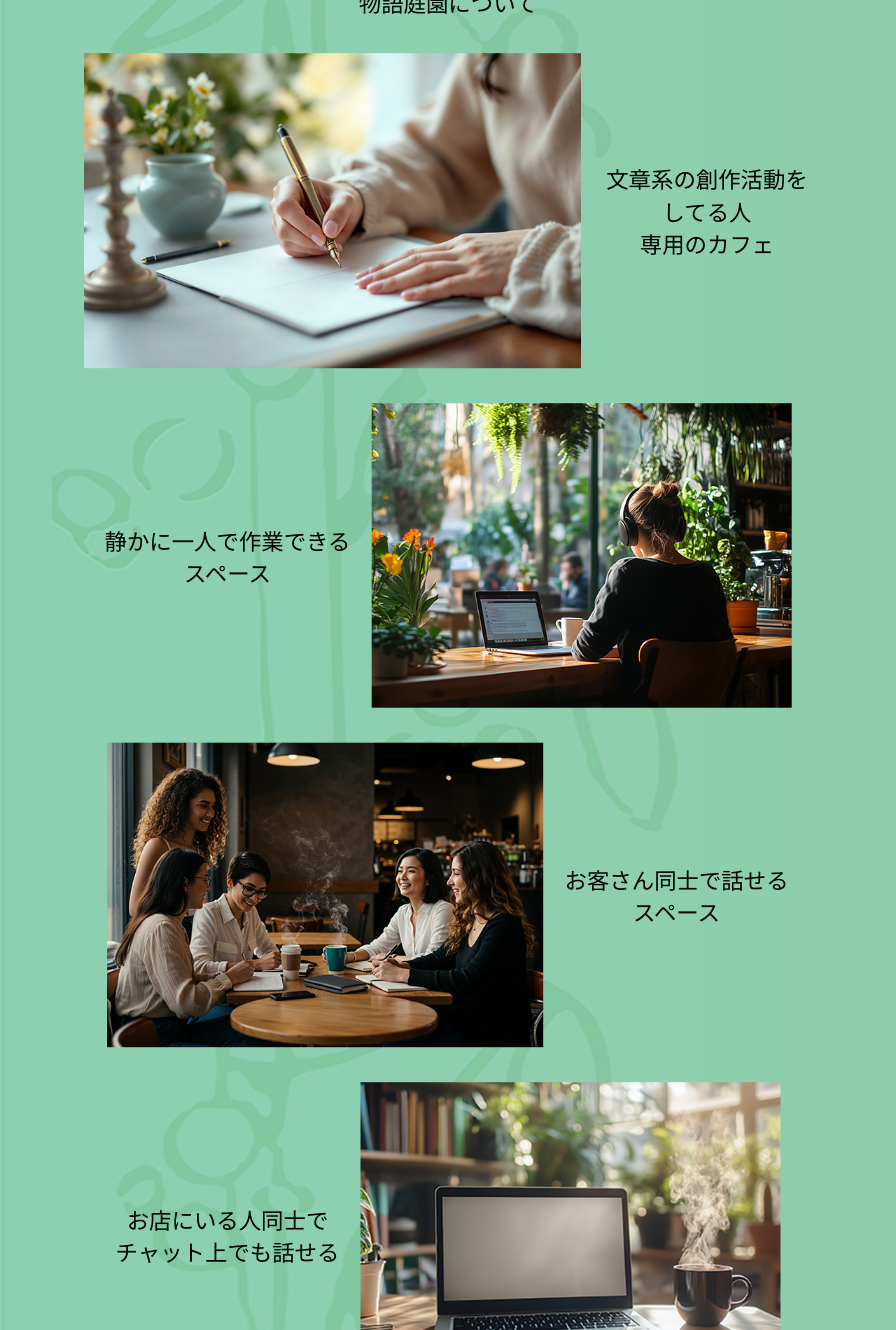
Repository: saka-kou/GardenStory
Page: index.html
An editor plug-in stored every save of this project. The page is shown before and after the next save, followed by the edit.
The browser window is 1280 px wide. The pictures show the part of the page from y = 1020 to 2920 px (the page is 5310 px tall before and 5698 px after), at 70% of full size.
A picture or video elsewhere on the page could not be fetched, so the positions and the page height are approximate. Some web fonts or font styles are not loaded; a fallback is used.

Above is the page before, as saved 2025-07-24 14:35:37.
Not found: images/bluemountain.jpg

### index.html
<!DOCTYPE html>
<html lang="en">
<head>
    <meta charset="UTF-8">
    <meta name="viewport" content="width=device-width, initial-scale=1.0">
    <link rel="preconnect" href="https://fonts.googleapis.com">
    <link rel="preconnect" href="https://fonts.gstatic.com" crossorigin>
    <link href="https://fonts.googleapis.com/css2?family=Kaisei+Opti&display=swap" rel="stylesheet">

    <title>物語庭園</title>
    <link rel="stylesheet" href="css/index.css">
</head>
<body>
    <header>
        <h1><img src="images/logo.svg" alt="物語庭園ロゴ"></h1>
        <ul id="gnavi" class="consept-text">
            <li>物語庭園について</li>
            <li>メニュー</li>
            <li>利用料金</li>
            <li>アクセス</li>
            <li>トピックス</li>
        </ul>
    </header>
    <h1><img src="images/cafe.svg" alt="カフェ店内" class="mainvisual"></h1>
    <main>
        <div class="aboutWrap">
            <h2 class="consept-text">物語庭園について</h2>
            <div class="write">
                <div class="cafe-ex">
                    <img src="images/write.jpeg" alt="文創" class="leftimg">
                    <p class="consept-text">文章系の創作活動をしてる人<br>
                        専用のカフェ
                    </p>
                </div>
            </div>
            <div class="work">
                <div class="cafe-ex">
                    <p class="consept-text">静かに一人で作業できる<br>
                        スペース
                    </p>
                    <img src="images/work.jpeg" alt="作業" class="rightimag">
                </div>
            </div>
            <div class="talk">
                    <div class="cafe-ex">
                    <img src="images/talk.jpeg" alt="話せる" class="leftimg">
                    <p class="consept-text">お客さん同士で話せる<br>
                        スペース
                    </p>
                </div>
            </div>
            <div class="Website">
                    <div class="cafe-ex">
                    <p class="consept-text">お店にいる人同士で<br>
                        チャット上でも話せる
                    </p>
                    <img src="images/Website.jpeg" alt="Webサイト" class="rightimg">
                </div>
            </div>
        </div>
            <p class="consept-text"><a href="#">詳しくはこちら</a></p>
            <h2>メニュー</h2>
            <div itemWrap></div>
                <div class="topitem">
                        <img src="images/bluemountain.jpg" alt="ブルーマウンテン">
                        <p class="menuname">ブルーマウンテン</p>
                        <p>すっきりした飲み口<br>
                        リラックスしたい時におすすめ</p>
                        <p class="price">950円(税込)</p>
                </div>
                <div class="topitem">
                        <img src="images/herbtea.png" alt="ハーブティー">
                        <p class="menuname">ハーブティー</p>
                        <p>やさしい酸味と甘みが特徴<br>
                        気持ちを落ち着けたい時にどうぞ</p>
                        <p class="price">650円(税込)</p>
                </div>
                <div class="middleitem">
                        <img src="images/manderin.png" alt="マンデリンコーヒー">
                        <p class="menuname">マンデリンコーヒー</p>
                        <p>深いコクとほのかな苦味<br>
                        集中したい作業時に最適です</p>
                        <p class="price">650円(税込)</p>
                </div>
                <div class="middleitem">
                        <img src="images/orangejuice.png" alt="オレンジジュース">
                        <p class="menuname">オレンジジュース</p>
                        <p>実は集中できる効果のある飲み物<br>
                        軽やかな酸味で気持ちを切り替えて集中したい時に</p>
                        <p class="price">500円(税込)</p>
                </div>
                <div class="bottomitem">
                        <img src="images/sandwhich.png" alt="サンドウィッチ">
                        <p class="menuname">サンドウィッチ</p>
                        <p>ふんわり食感とやさしい味<br>
                        小腹満たしにちょうどいい一品</p>
                        <p class="price">750円(税込)</p>
                </div>
                <div class="bottomitem">
                    <img src="images/suko-nn.png" alt="スコーン">
                    <p class="menuname">スコーン</p>
                    <p>ほんのり甘くて食べごたえあり<br>
                    小腹が空いた時におすすめです</p>
                    <p class="price">750円(税込)</p>
                </div>
            </div>
    </main>
</body>
</html>

### css/index.css
*{
    margin: 0;
    padding: 0;
}
body{
    background-image: url("../images/壁紙例2.webp");
    background-size: cover;
    background-repeat: repeat;
        font-family: "Kaisei Opti", serif;
    font-weight: 400;
    font-style: normal;
}
header{
    display: flex;
    align-items: center;
    justify-content: space-between;
    background-color: #D9EDDF;
    gap: 210px;
}
.mainvisual{
    width: auto;
    height: 900px;
    text-align: center;
    object-fit: fill;
}
/* .mainvisual img{
    display: block;
    width: 100vw;
    height: 100vh;
} */
main{
    /* padding: 0 auto; */
        margin: 0 120px;
}
#gnavi{
    display: flex;
    list-style-type: none;
    width: 100%;
}

.aboutWrap{
    display: flex;
    flex-direction: column;
    align-items: center;
    gap: 50px;
}
.consept-text{
    font-family: "Kaisei Opti", serif;
    font-weight: 400;
    font-style: normal;
    font-size: 32px;
    text-align: center;
}
.consept-text a{
    display: flex;
    justify-content: right;
}
.cafe-ex{
    /* width: 1320px; */
    display: flex;
    align-items: center;
    gap: 30px;
}
.work{
    gap: 75px;
    display: flex;
}
.write{
    gap: 27px;
    display: flex;
}
.talk{
    gap: 85px;
    display: flex;
}
.Website{
    gap: 75px;
    display: flex;
}
.leftimg{
    display: flex;
    gap: 75px;
}
.rightimg{
    display: flex;

}
.itemWrap{
    display: flex;
    flex-direction: column;
}
.menuname{
    display: flex;
    flex-direction: column;
    font-size: 32px;
}
.price{
    font-size: 32px;
    font-family: "Kaisei Opti", serif;
    font-weight: 400;
    font-style: normal;
}
.topitem{
    display: flex;
}
.middleitem{
    display: flex;
}
.bottomitem{
    display: flex;
}

After the next save:
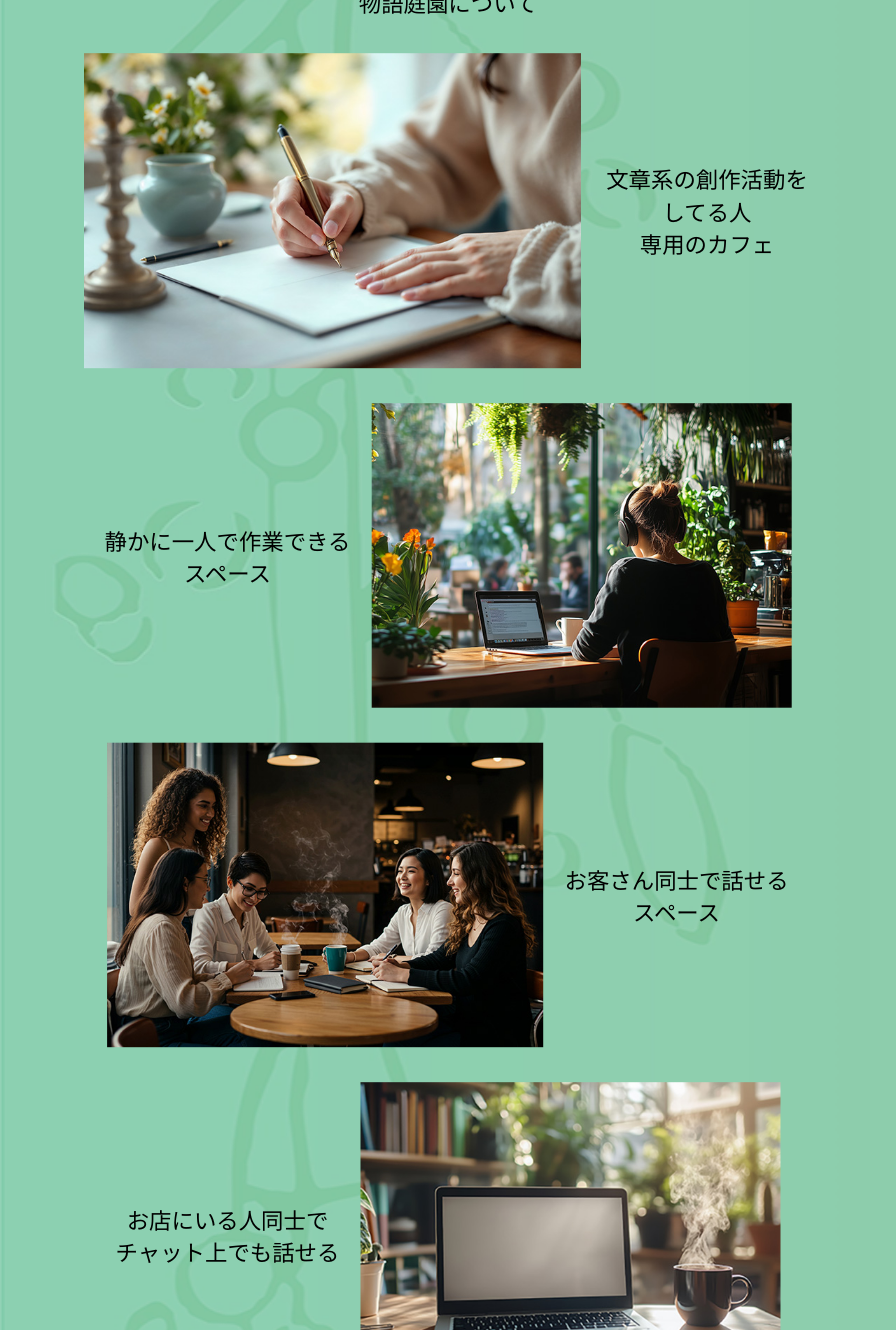
Saved 16 min 4 s later.
--- a/index.html
+++ b/index.html
@@ -62,7 +62,7 @@
             <h2>メニュー</h2>
             <div itemWrap></div>
                 <div class="topitem">
-                        <img src="images/bluemountain.jpg" alt="ブルーマウンテン">
+                        <img src="images/bluemountain.png" alt="ブルーマウンテン">
                         <p class="menuname">ブルーマウンテン</p>
                         <p>すっきりした飲み口<br>
                         リラックスしたい時におすすめ</p>
